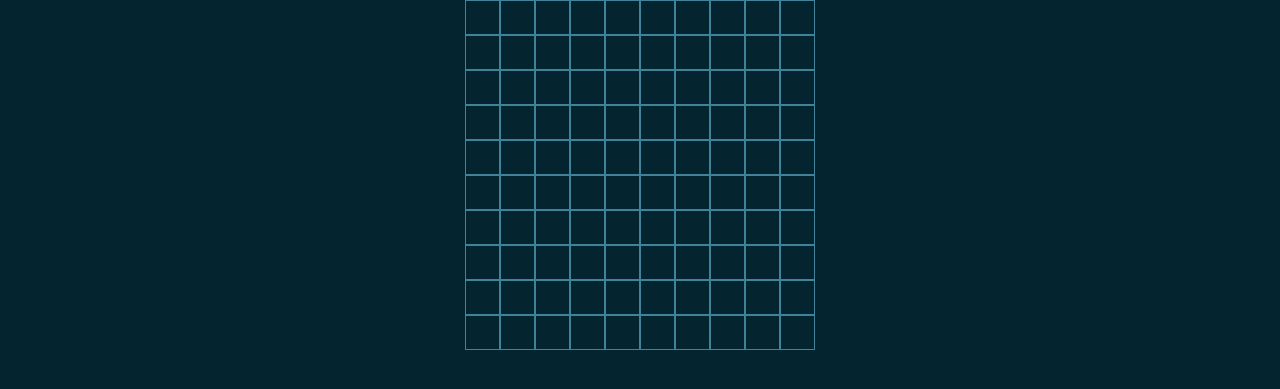
Repository: rehans-Life/linkedlist-snake-game
Page: /
An editor plug-in stored every save of this project. The page is shown before and after the next save, followed by the edit.
The browser window is 1280 px wide. The pictures show the whole page.
The project was rebuilt for these pictures with package versions that can differ from the ones it lists, and the page was loaded fresh each time. The framework's server and built-in components were replaced by stand-ins that run in the browser. Also part of the build but not shown: next.config.js.

Above is the page before, as saved 2023-04-14 21:52:40.

After the next save:
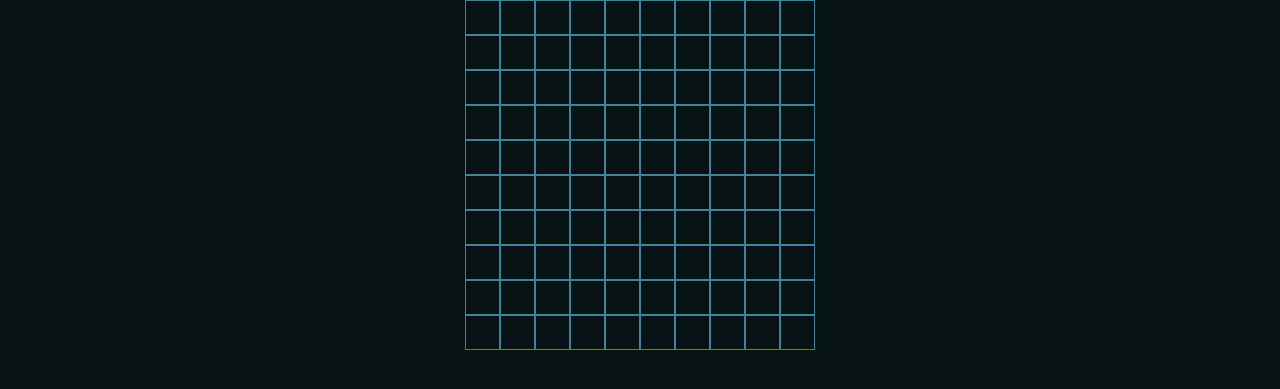
Saved 10 s later.
--- a/styles/Home.module.css
+++ b/styles/Home.module.css
@@ -1,5 +1,5 @@
 .container {
-  background-color: rgb(4, 37, 48);
+  background-color: rgb(7, 18, 21);
   height: 100vh;
 }
 
